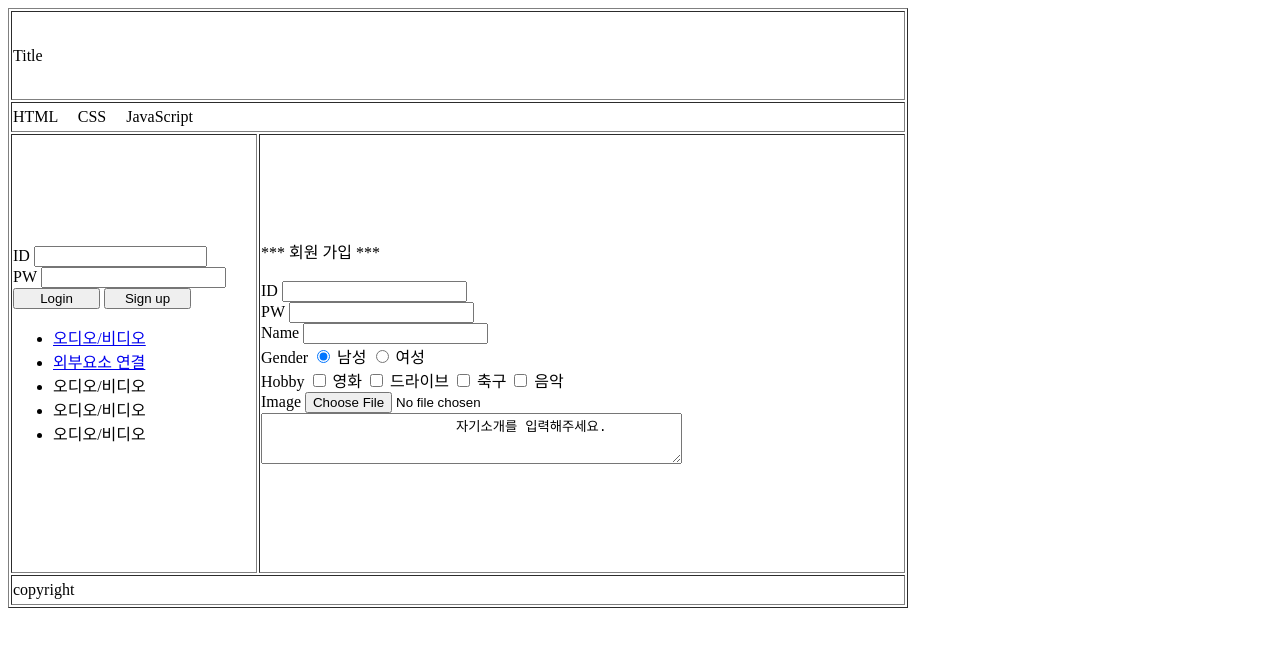
Repository: Hwangjiwon/MultiCampus
Page: http://localhost/2Study/jsp/member_insert.jsp
The author's editor kept a copy of each file at every save. The page is drawn from the files as they stood at one save, then again after the next save.
The browser window is 1280 px wide. The pictures show the whole page.
The page is served by Tomcat 9. Other server files are loaded and not shown.

Above is the page before, as saved 2019-05-31 02:24:22.

### 2Study/WebContent/jsp/member_insert.jsp
<%@ page language="java" contentType="text/html; charset=UTF-8"
	pageEncoding="UTF-8"%>

<jsp:include page="header.jsp"></jsp:include>
<jsp:include page="side.jsp"></jsp:include>
<td>

	*** 회원 가입 *** <br> <br>

	<form action = "/2Study/Main?sign=member_insert" method="get">
		ID <input type = "text" name = "id" > <br>
		PW <input type = "text" name = "pw" > <br>
		Name <input type = "text" name = "name"> <br>
		Gender <input type = "radio" name = gender" value = "male" checked /> 남성
			<input type = "radio" name = gender" value = "female" /> 여성 <br>
		Hobby <input type ="checkbox" name = "hobby" value = "movie" /> 영화
			<input type ="checkbox" name = "hobby" value = "drive" /> 드라이브
			<input type ="checkbox" name = "hobby" value = "soccer" /> 축구
			<input type ="checkbox" name = "hobby" value = "music" /> 음악 <br>
		Image <input type = "file" name = "filename" > <br>
		<textarea rows = "3" cols ="50" name ="memo">
			자기소개를 입력해주세요.
		</textarea>

	</form>
</td>
</tr>

<jsp:include page="copyright.jsp"></jsp:include>

### 2Study/WebContent/jsp/header.jsp
<%@ page language="java" contentType="text/html; charset=UTF-8"
	pageEncoding="UTF-8"%>
<!DOCTYPE html>
<html>
<head>
<meta charset="UTF-8">
<title>HOME</title>
</head>
<body>
	<table border="1" width="900" height="600">
		<tr height="15%">
			<td colspan="2">Title</td>
		</tr>
		<tr height="5%">
			<td colspan="2">HTML &nbsp;&nbsp;&nbsp; CSS &nbsp;&nbsp;&nbsp;
				JavaScript</td>
		</tr>

### 2Study/WebContent/jsp/side.jsp
<%@ page language="java" contentType="text/html; charset=UTF-8"
	pageEncoding="UTF-8"%>
<tr>
	<td width="20%">
		<!-- Java code가 들어갈 수 있는 부분 -->
		<%
			String username = (String)session.getAttribute("username");
			if(username != null) { //login_ok
		%>

			${username}님, 환영합니다.

		<form action="/2Study/Main?sign=logout" method="post">
			<input type="submit" value="Logout">
		</form>

		<%
			} else {
		%>
			<!-- 절대경로화 해서 서블릿으로 요청 보내기 -->
			<form style="width: 242px;" method="post" action="/2Study/Main?sign=login">
				ID <input name="id" style="width: 165px;"><br>
				PW <input name="pw" type="password"><br>
					<input type="submit" value="Login" style="width: 87px;">
					<a href = "/2Study/jsp/member_insert.jsp">
						<input type="button" value="Sign up" style="width: 87px;">
					</a>
			</form>

		<%
			}
		%>

		<ul>
			<!-- Context명부터 써줘서 절대경로화! /프로젝트명/... -->
			<li><a href="/2Study/jsp/audio_video.jsp">오디오/비디오</a></li>
			<li><a href="/2Study/jsp/iframe.jsp">외부요소 연결</a></li>
			<li>오디오/비디오</li>
			<li>오디오/비디오</li>
			<li>오디오/비디오</li>
		</ul>
	</td>

### 2Study/WebContent/jsp/copyright.jsp
<%@ page language="java" contentType="text/html; charset=UTF-8"
	pageEncoding="UTF-8"%>

<tr height="5%">
	<td colspan="2">copyright</td>
</tr>
</table>

</body>
</html>

After the next save:
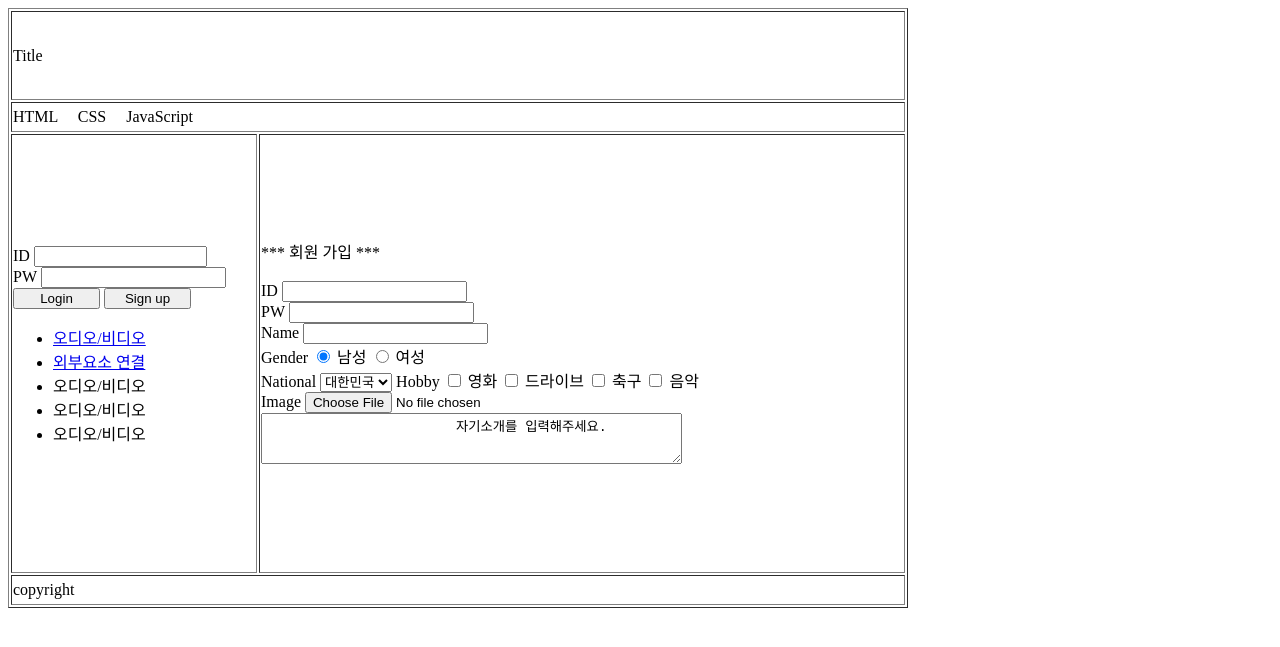
Saved 2 min 47 s later.
--- a/2Study/WebContent/jsp/member_insert.jsp
+++ b/2Study/WebContent/jsp/member_insert.jsp
@@ -13,6 +13,12 @@
 		Name <input type = "text" name = "name"> <br>
 		Gender <input type = "radio" name = gender" value = "male" checked /> 남성
 			<input type = "radio" name = gender" value = "female" /> 여성 <br>
+		National <select name ="country">
+		<option value = "Korea"> 대한민국 </option>
+		<option value = "USA"> 미국 </option>
+		<option value = "UK"> 영국 </option>
+		<option value = "China"> 중국 </option>
+		</select>
 		Hobby <input type ="checkbox" name = "hobby" value = "movie" /> 영화
 			<input type ="checkbox" name = "hobby" value = "drive" /> 드라이브
 			<input type ="checkbox" name = "hobby" value = "soccer" /> 축구
